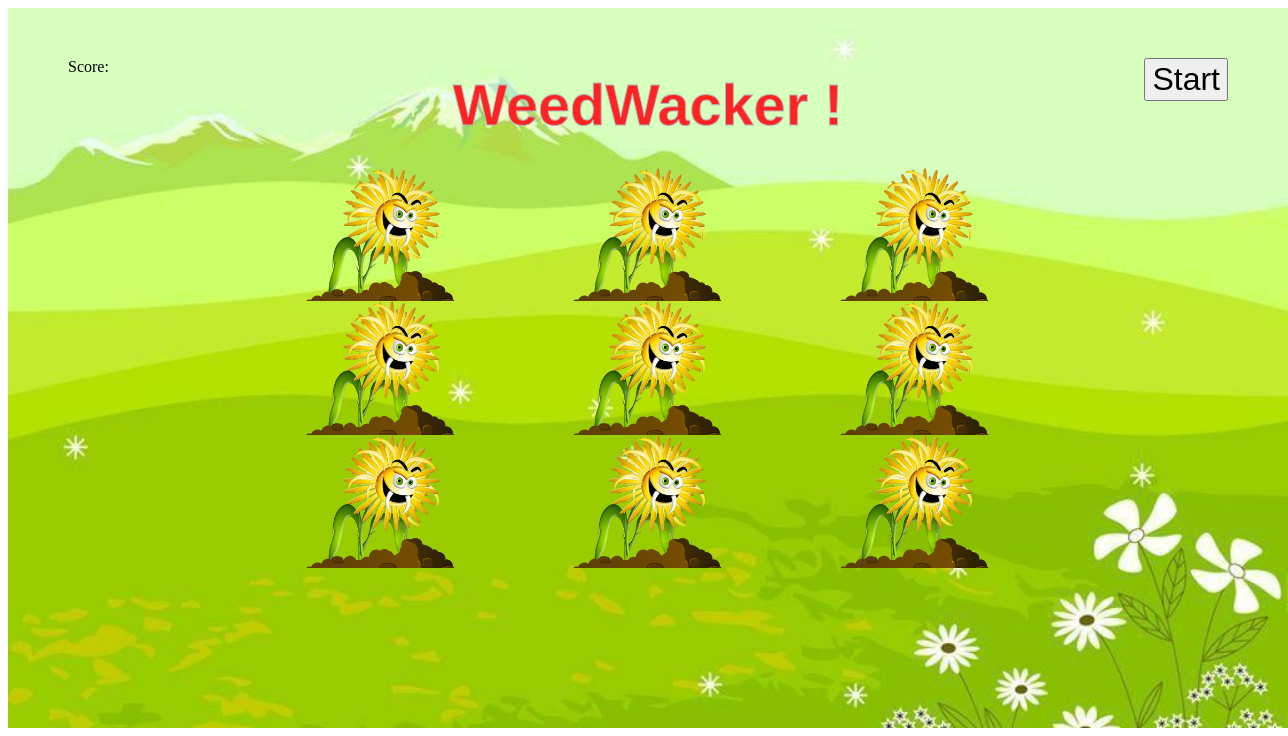
Repository: AustinW24/weedwacker
Page: index.html
An editor plug-in stored every save of this project. The page is shown before and after the next save, followed by the edit.
The browser window is 1280 px wide. The page is 1288 px wide, so the pictures cover 1288 px, including what lies to the right of the window. The pictures show the whole page.
Some web fonts or font styles are not loaded; a fallback is used.

Above is the page before, as saved 2022-02-09 10:30:35.

### index.html
<!DOCTYPE html>
<html lang="en">

<head>
    <meta charset="UTF-8">
    <meta name="viewport" content="width=device-width, initial-scale=1.0">
    <meta http-equiv="X-UA-Compatible" content="ie=edge">
    <title>WeedWacker</title>
    <link href="http://fonts.cdnfonts.com/css/common-pixel" rel="stylesheet">
    <link rel="stylesheet" href="style.css">
</head>

<body>
    <div class="container">

        <div class="score">Score: </div>
        <div class="heading">
            <h1 class="title">WeedWacker !</h1>
        </div>
        <div class="start">
            <button onClick="startGame()">Start</button>
        </div>
        <div class="game">
            <div class="hole hole1">
                <div class="plant"></div>
            </div>
            <div class="hole hole2">
                <div class="plant"></div>
            </div>
            <div class="hole hole3">
                <div class="plant"></div>
            </div>
            <div class="hole hole4">
                <div class="plant"></div>
            </div>
            <div class="hole hole5">
                <div class="plant"></div>
            </div>
            <div class="hole hole6">
                <div class="plant"></div>
            </div>
            <div class="hole hole7">
                <div class="plant"></div>
            </div>
            <div class="hole hole8">
                <div class="plant"></div>
            </div>
            <div class="hole hole9">
                <div class="plant"></div>
            </div>
        </div>

    </div>
    <script src="main.js"></script>
</body>

</html>

### style.css
html{
    box-sizing: border-box;
    margin: 0 auto;
}

*, *:before, *:after {
    box-sizing: inherit;
}

.container {
    height: 100vh;
    width: 100vw;
    background: url("/assets/wwbackground.jpg") no-repeat center;
    background-size: 100%;
    display: flex;
    align-items: center;
    justify-content: center;
    position: relative;
}

.game {
    display: flex;
    flex-wrap: wrap;
    width: 800px;
    height: 400px;
    margin: 0 auto;

    /* display: grid;
    place-items: center;
    grid-template-columns: repeat(3, 1fr);
    grid-template-rows: repeat(3, 1fr);
    column-gap: 10px;
    row-gap: 15px;
    width: 50%;
    height: 80%;
    position: absolute;
    bottom: 0;
    margin-bottom: 10px;
    margin-top: 20%;
    outline: 2px solid blue;
    justify-content: center; */
}

.hole {
    flex: 1 0 33.33%;
    overflow: hidden;
    position: relative;
}

.hole:after {
    display: block;
    background: url("/assets/dirt.svg") bottom center no-repeat;
    background-size: contain;
    content: '';
    position: absolute;
    width: 100%;
    height: 60px;
    z-index: 2;
    bottom: -30px;
}

.plant {
    background: url("/assets/evilweeds.png") bottom center no-repeat;
    background-size: 50%;
    top: 100%;
    height: 100%;
    width: 100%;
    transition: all 0.4s ease;
}

.hole.up .plant {
    top: 0;
}

button {
    font-size: 2rem;
    cursor: pointer;
}

.heading {
    display: flex;
    position: absolute;
    top: 0;
    margin-top: 2%;
    font-family: 'Common Pixel', sans-serif;
    color: rgb(255, 35, 35);
    font-size: 2vw;
    font-size: 4vh;
    -webkit-text-stroke-width: 1px;
    -webkit-text-stroke-color: rgb(182, 182, 182);
}

.score {
    left: 0;
    position: absolute;
    top: 0;
    margin-top: 50px;
    margin-left: 60px;
}
.start {
    right: 0;
    position: absolute;
    top: 0;
    margin-top: 50px;
    margin-right: 60px;
}

### main.js
let score = 0;

Loaded but not shown: assets/dirt.svg (40 lines, source omitted)

After the next save:
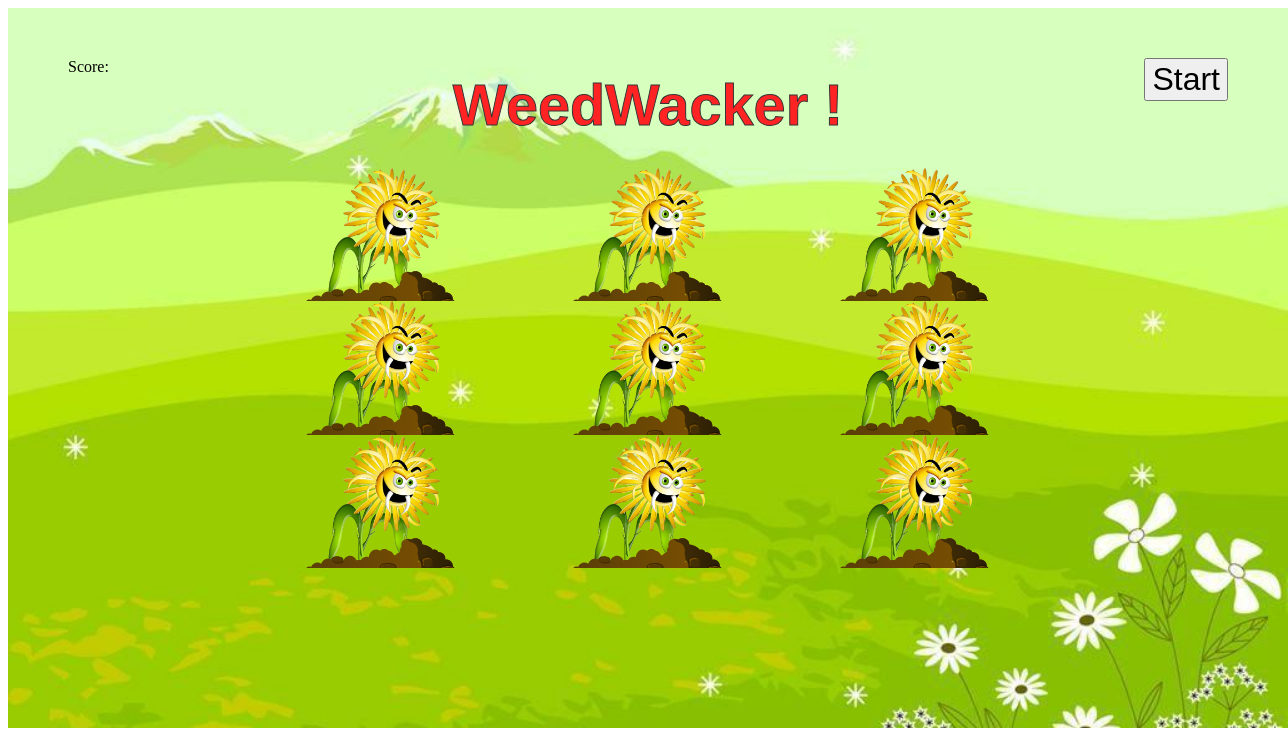
Saved 8 s later.
--- a/style.css
+++ b/style.css
@@ -87,7 +87,7 @@ button {
     font-size: 2vw;
     font-size: 4vh;
     -webkit-text-stroke-width: 1px;
-    -webkit-text-stroke-color: rgb(182, 182, 182);
+    -webkit-text-stroke-color: rgb(53, 53, 53);
 }
 
 .score {
